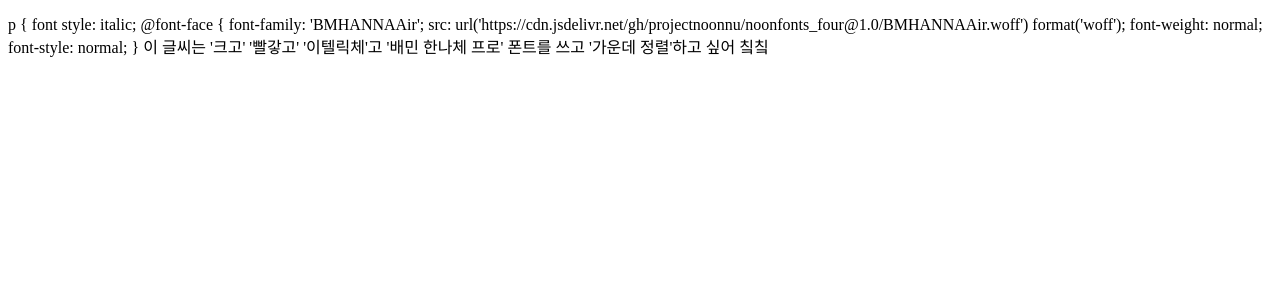
Repository: wijune0327/wijune0327.github.com
Page: 190922/font.html
The author's editor kept a record of every edit. The page is drawn from the files as they stood at one moment, then again after the next edit.
The browser window is 1280 px wide. The pictures show the whole page.

Above is the page before.

After the next edit:
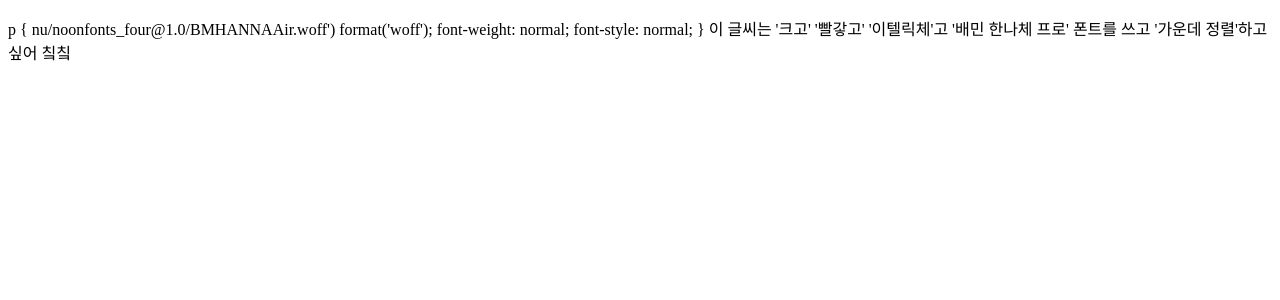
The edit:
--- a/190922/font.html
+++ b/190922/font.html
@@ -11,9 +11,7 @@
 <body>
     <p class="special">
         p {
-        font style: italic;
-
-        @font-face { font-family: 'BMHANNAAir'; src: url('https://cdn.jsdelivr.net/gh/projectnoonnu/noonfonts_four@1.0/BMHANNAAir.woff') format('woff'); font-weight: normal; font-style: normal; }
+        nu/noonfonts_four@1.0/BMHANNAAir.woff') format('woff'); font-weight: normal; font-style: normal; }
 
         이 글씨는 '크고' '빨갛고' '이텔릭체'고 '배민 한나체 프로' 폰트를 쓰고 '가운데 정렬'하고 싶어 칰칰
     </p>
